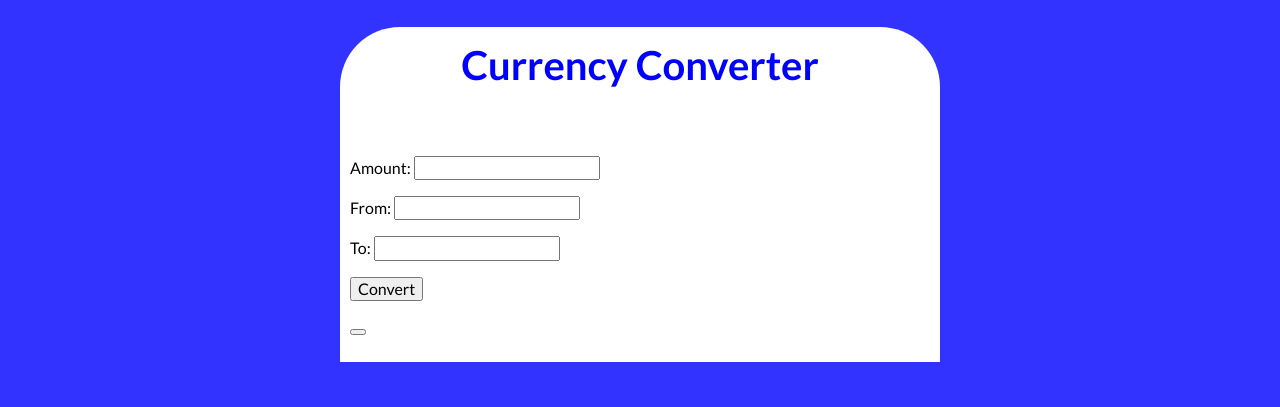
Repository: kkasperczyk/currency-converter
Page: index.html
These files come from the project's save history. The page is drawn as it stood at one moment and after the next save; the edit follows.
The browser window is 1280 px wide. The pictures show the whole page.

Above is the page before, as saved 2020-06-15 22:26:13.

### index.html
<!DOCTYPE html>
<html lang="en">

<head>
    <meta charset="UTF-8">
    <meta name="viewport" content="width=device-width, initial-scale=1.0">
    <link rel="stylesheet" href="https://cdnjs.cloudflare.com/ajax/libs/normalize/8.0.1/normalize.min.css"
        integrity="sha256-l85OmPOjvil/SOvVt3HnSSjzF1TUMyT9eV0c2BzEGzU=" crossorigin="anonymous" />
    <link rel="stylesheet" href="css/global.css">
    <link rel="stylesheet" href="css/container.css">
    <link rel="stylesheet" href="css/header.css">
    <link rel="stylesheet" href="css/main.css">
    <script defer src="js/script.js"></script>
    <link href="https://fonts.googleapis.com/css2?family=Lato:ital,wght@0,400;0,700;1,400&display=swap"
        rel="stylesheet">
    <title>Currency Converter</title>
</head>

<body>
    <div class="container">
        <header class="header">
            <h1 class="header__title">Currency Converter</h1>
        </header>
        <main class="main">
            <form class="form">
                <p>
                    <label>
                        Amount:
                        <input type="number" name="amount">
                    </label>
                </p>
                <p>
                    <label>
                        From:
                        <input type="number" name="from-currency">
                    </label>
                </p>
                <p>
                    <label>
                        To:
                        <input type="number" name="to-currency">
                    </label>
                </p>
                <p>
                    <button type="submit">Convert</button>
                </p>
                <p>
                    <button type="reset"></button>
                </p>
            </form>
        </main>
    </div>
</body>

</html>

### css/global.css
html {
  box-sizing: border-box;
}

*,
::after,
::before {
  box-sizing: inherit;
}

body {
  font-family: "Lato", sans-serif;
  background-color: hsl(240, 100%, 60%);
}

### css/container.css
.container {
    max-width: 600px;
    margin: 0 auto;
    background-color: white;
    border-radius: 60px;
}

### css/header.css
.header {
    text-align: center;
    border-bottom: hsl(240, 100%, 50%);
}

.header__title {
    color: hsl(240, 100%, 50%);
    padding: 15px;
    font-size: 40px;
}

### css/main.css
.main {
    background-color: white;
    padding: 10px;
}

### js/script.js
console.log("Hi all developers! Nice to see you here.");

After the next save:
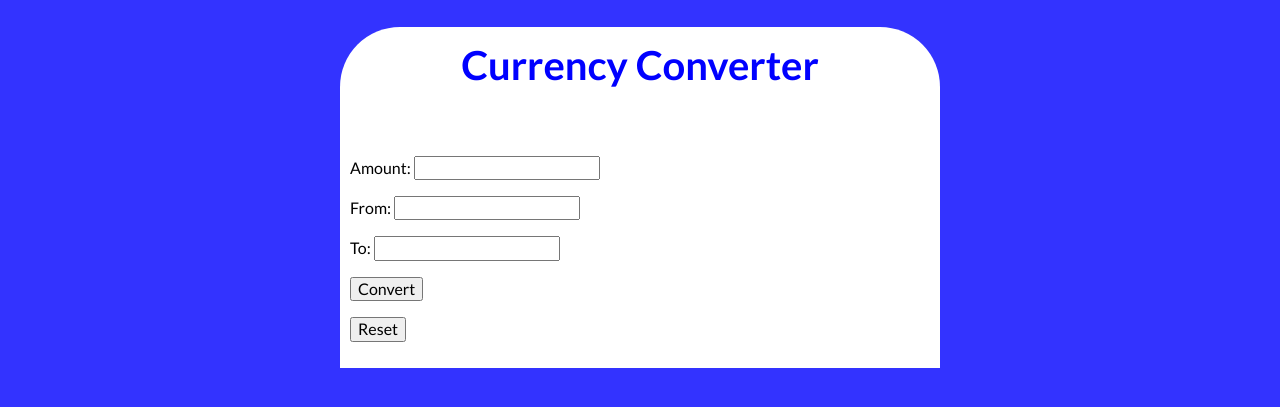
Saved 5 s later.
--- a/index.html
+++ b/index.html
@@ -45,7 +45,7 @@
                     <button type="submit">Convert</button>
                 </p>
                 <p>
-                    <button type="reset"></button>
+                    <button type="reset">Reset</button>
                 </p>
             </form>
         </main>
